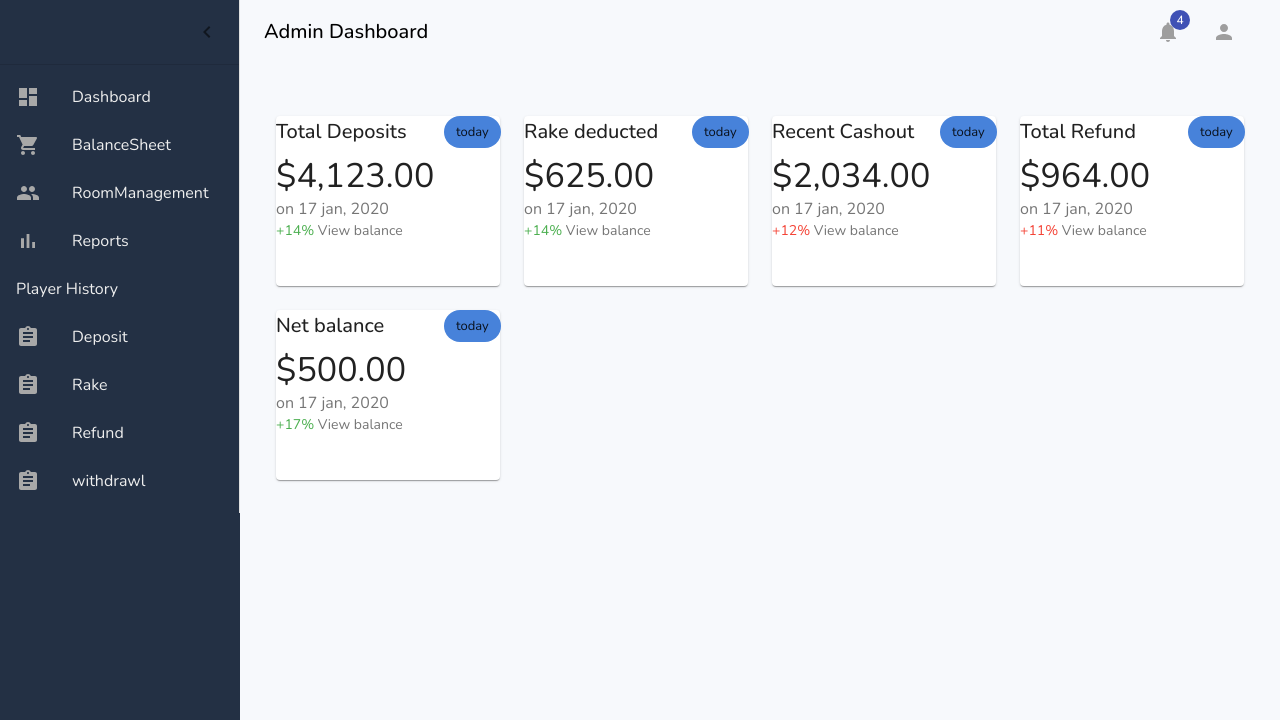
Repository: imayankbisht/ludofrontend
Page: /BalanceSheet
The author's editor kept a copy of each file at every save. The page is drawn from the files as they stood at one save, then again after a run of saves.
The browser window is 1280 px wide. The pictures show the whole page.
The project was rebuilt for these pictures with package versions that can differ from the ones it lists, and the page was loaded fresh each time. Also part of the build but not shown: src/Components/UserControl.js, src/services/apiCall.js, src/Components/UserTable.js, src/Components/UserManagement.js, src/axios.js, src/Components/login.js, src/Components/UserForm.js, src/Components/EditForm.js.

Above is the page before, as saved 2021-01-20 14:18:26.

### src/App.js
import React from 'react';
import './App.css';
import {
  BrowserRouter as Router,
  Switch,
  Route,
 Redirect
} from "react-router-dom";
// import SignInOutContainer from './containers';
import Dashboard from './Components/Dashboard';
import Login from './Components/login';
// import RoomManagement from './Container/RoomManagement';
import UserManagement from './Components/UserManagement';
import UserForm from './Components/UserForm';
import EditForm from './Components/EditForm';
import BalanceSheet from './Components/balanceSheet';
import Routes from './routes';
import Main from './Container/Main';
 function App(props) {
  return (
    <div className="App">
  <Router >

   <Main/>
  </Router>


      </div>
  );
}


export default App;

### src/App.css
.App {
  /* text-align: center; */

}

.App-logo {
  height: 40vmin;
  pointer-events: none;
}

@media (prefers-reduced-motion: no-preference) {
  .App-logo {
    animation: App-logo-spin infinite 20s linear;
  }
}

.App-header {
  background-color: #282c34;
  min-height: 100vh;
  display: flex;
  flex-direction: column;
  align-items: center;
  justify-content: center;
  font-size: calc(10px + 2vmin);
  color: white;
}

.App-link {
  color: #61dafb;
}

@keyframes App-logo-spin {
  from {
    transform: rotate(0deg);
  }
  to {
    transform: rotate(360deg);
  }
}

### src/Components/balanceSheet.js
import React from 'react';
import Deposits from './Cards/Deposits';
import  Cashout from './Cards/Cashout';
import Netbalance from './Cards/Netbalance';
import Rake from './Cards/Rake';
import Refund from './Cards/Refund';
import { makeStyles } from '@material-ui/core/styles';
import Grid from '@material-ui/core/Grid';
import Paper from '@material-ui/core/Paper';
import Container from '@material-ui/core/Container';
import clsx from 'clsx';

const useStyles = makeStyles((theme) => ({
    container: {
        paddingTop: theme.spacing(4),
        paddingBottom: theme.spacing(4),
      },
      fixedHeight: {
        height: 170,
      },
    }));
export default function BalanceSheet(props){
    const classes = useStyles();
    const fixedHeightPaper = clsx(classes.paper, classes.fixedHeight);

    return(
        <div>
            <Container maxWidth="lg" className={classes.container}>
          <Grid container spacing={3}>

            <Grid item xs={12} md={4} lg={3}>
              <Paper className={fixedHeightPaper}>
                <Deposits />
              </Paper>
            </Grid>

            <Grid item xs={12} md={4} lg={3}>
              <Paper className={fixedHeightPaper}>
                <Rake />
              </Paper>
            </Grid>
            <Grid item xs={12} md={4} lg={3}>
              <Paper className={fixedHeightPaper}>
                <Cashout />
              </Paper>
            </Grid>

            <Grid item xs={12} md={4} lg={3}>
              <Paper className={fixedHeightPaper}>
                <Refund />
              </Paper>
            </Grid>
            <Grid item xs={12} md={4} lg={3}>
              <Paper className={fixedHeightPaper}>
                <Netbalance />
              </Paper>
            </Grid>


          </Grid>

        </Container>
        </div>
    )
}

### src/routes.js
import React from 'react';
import {
  BrowserRouter as Router,
  Switch,
  Route,
  Redirect
} from "react-router-dom";
// import SignInOutContainer from './containers';
import Dashboard from './Components/Dashboard';
import Login from './Components/login';
// import RoomManagement from './Container/RoomManagement';
import UserManagement from './Components/UserManagement';
import UserForm from './Components/UserForm';
import EditForm from './Components/EditForm';
import BalanceSheet from './Components/balanceSheet';
import Main from './Container/Main';
function Routes() {
  return (

    <Router >


      <Route>

        <Route path="/BalanceSheet" render={props => <BalanceSheet {...props} />} />

        <Route path="/roomManagement" render={props => <UserManagement {...props} />} />
        <Route path="/create" render={props => (
          <UserForm heading="Create Room" {...props} />
        )} />
        <Route exact path="/api/edit/:id" render={props => {
          return (
            <EditForm {...props} />
          )
        }} />


      </Route>


    </Router>

  );
}


export default Routes;

### src/Container/Main.js
import UserManagement from '../Components/UserManagement';
import {Switch ,Route,Redirect} from 'react-router-dom';
import UserForm from '../Components/UserForm';
import EditForm from '../Components/EditForm';
import React from 'react';
import Dashboard from '../Components/Dashboard';
import Sidebar from '../Components/Sidebar';
import Login from '../Components/login';
import Routes from '../routes';
export default function Main(props){
    return(
        <div>
            {/* <Switch>
                <Route exact path="/userman" render={props =><UserManagement {...props} />} />
                <Route exact path="/create" render={props =>(
                    <UserForm heading="Create Room" />
                )}/>
                <Route exact path="/api/edit/:id" render={props =>{
                    return(
                        <EditForm {...props}/>
                    )
                }}/>
            </Switch> */}
           {/* <Switch>

            <Route path="/login" component={Login} />
         <Route path="/Dashboard" component={Dashboard} />

            <Redirect from="/" to="/login" />
           </Switch> */}

          <Dashboard/>

        </div>
    )
}

### src/Components/Cards/Deposits.js
import React from 'react';
import Link from '@material-ui/core/Link';
import { makeStyles } from '@material-ui/core/styles';
import Typography from '@material-ui/core/Typography';
import Title from '../Title';
import { Grid } from '@material-ui/core';
import Chip from '@material-ui/core/Chip';

function preventDefault(event) {
  event.preventDefault();
}

const useStyles = makeStyles({
  depositContext: {
    flex: 1,
  },
});

export default function Deposits() {
  const classes = useStyles();
  return (
    <React.Fragment>
      <Grid container>
            <Grid item xs={12} md={4} lg={9}>
            <Title >Total Deposits  </Title>

            </Grid>
            <Grid item xs={12} md={4} lg={3}>
            <Chip label="today" style={{backgroundColor:'#4782da'}}/>
            </Grid>
        </Grid>
      <Typography component="p" variant="h4">
        $4,123.00
      </Typography>
      <Typography color="textSecondary" className={classes.depositContext}>
      on 17 jan, 2020
      </Typography>
      <div>
        <Link color="textSecondary" href="#" onClick={preventDefault}>
        <span style={{color:"#4caf50"}}> +14%</span>  View balance
        </Link>
      </div>
    </React.Fragment>
  );
}

### src/Components/Cards/Cashout.js
import React from 'react';
import Link from '@material-ui/core/Link';
import { makeStyles } from '@material-ui/core/styles';
import Typography from '@material-ui/core/Typography';
import Title from '../Title';
import Chip from '@material-ui/core/Chip';
import { Grid } from '@material-ui/core';

function preventDefault(event) {
  event.preventDefault();
}

const useStyles = makeStyles({
  depositContext: {
    flex: 1,
  },
});

export default function Cashout() {
  const classes = useStyles();
  return (
    <React.Fragment>
        <Grid container>
            <Grid item xs={12} md={4} lg={9}>
            <Title >Recent Cashout  <span></span></Title>

            </Grid>
            <Grid item xs={12} md={4} lg={3}>
            <Chip label="today" style={{backgroundColor:'#4782da'}} />
            </Grid>
        </Grid>


      <Typography component="p" variant="h4">
        $2,034.00
      </Typography>
      <Typography color="textSecondary" className={classes.depositContext}>
      on 17 jan, 2020
      </Typography>
      <div>
        <Link color="textSecondary" href="#" onClick={preventDefault}>
        <span style={{color:"#f44336"}}> +12%</span>  View balance
        </Link>
      </div>
    </React.Fragment>
  );
}

### src/Components/Cards/Netbalance.js
import React from 'react';
import Link from '@material-ui/core/Link';
import { makeStyles } from '@material-ui/core/styles';
import Typography from '@material-ui/core/Typography';
import Title from '../Title';
import { Grid } from '@material-ui/core';
import Chip from '@material-ui/core/Chip';

function preventDefault(event) {
  event.preventDefault();
}

const useStyles = makeStyles({
  depositContext: {
    flex: 1,
  },
});

export default function Netbalance() {
  const classes = useStyles();
  return (
    <React.Fragment>
      <Grid container>
            <Grid item xs={12} md={4} lg={9}>
            <Title >Net balance  <span></span></Title>

            </Grid>
            <Grid item xs={12} md={4} lg={3}>
            <Chip label="today" style={{backgroundColor:'#4782da'}} />
            </Grid>
        </Grid>
      <Typography component="p" variant="h4">
        $500.00
      </Typography>
      <Typography color="textSecondary" className={classes.depositContext}>
      on 17 jan, 2020
      </Typography>
      <div>
        <Link color="textSecondary" href="#" onClick={preventDefault}>
        <span style={{color:"#4caf50"}}> +17%</span>  View balance
        </Link>
      </div>
    </React.Fragment>
  );
}

### src/Components/Cards/Rake.js
import React from 'react';
import Link from '@material-ui/core/Link';
import { makeStyles } from '@material-ui/core/styles';
import Typography from '@material-ui/core/Typography';
import Title from '../Title';
import { Grid } from '@material-ui/core';
import Chip from '@material-ui/core/Chip';

function preventDefault(event) {
  event.preventDefault();
}

const useStyles = makeStyles({
  depositContext: {
    flex: 1,
  },
});

export default function Rake() {
  const classes = useStyles();
  return (
    <React.Fragment>
     <Grid container>
            <Grid item xs={12} md={4} lg={9}>
            <Title >Rake deducted <span></span></Title>

            </Grid>
            <Grid item xs={12} md={4} lg={3}>
            <Chip label="today" style={{backgroundColor:'#4782da'}}/>
            </Grid>
        </Grid>
      <Typography component="p" variant="h4">
        $625.00
      </Typography>
      <Typography color="textSecondary" className={classes.depositContext}>
      on 17 jan, 2020
      </Typography>
      <div>
        <Link color="textSecondary" href="#" onClick={preventDefault}>
        <span style={{color:"#4caf50"}}> +14%</span>  View balance
        </Link>
      </div>
    </React.Fragment>
  );
}

### src/Components/Cards/Refund.js
import React from 'react';
import Link from '@material-ui/core/Link';
import { makeStyles } from '@material-ui/core/styles';
import Typography from '@material-ui/core/Typography';
import Title from '../Title';
import { Grid } from '@material-ui/core';
import Chip from '@material-ui/core/Chip';

function preventDefault(event) {
  event.preventDefault();
}

const useStyles = makeStyles({
  depositContext: {
    flex: 1,
  },
});

export default function Refund() {
  const classes = useStyles();
  return (
    <React.Fragment>

     <Grid container>
            <Grid item xs={12} md={4} lg={9}>
            <Title >Total Refund  <span></span></Title>

            </Grid>
            <Grid item xs={12} md={4} lg={3}>
            <Chip label="today"  style={{backgroundColor:'#4782da'}} />
            </Grid>
        </Grid>
      <Typography component="p" variant="h4">
        $964.00
      </Typography>
      <Typography color="textSecondary" className={classes.depositContext}>
        on 17 jan, 2020
      </Typography>
      <div>
        <Link color="textSecondary" href="#" onClick={preventDefault}>
        <span style={{color:"#f44336"}}> +11%</span>  View balance
        </Link>
      </div>

    </React.Fragment>
  );
}

### src/Components/Sidebar.js
import React,{useState} from 'react';
import ListItem from '@material-ui/core/ListItem';
import {SidebarItems} from './SidebarItems';
import {Link} from 'react-router-dom';
import { ListItemText } from '@material-ui/core';
import ListItemIcon from '@material-ui/core/ListItemIcon';

export default function Sidebar(defaultActive) {
    const [activeIndex, setActiveIndex] = useState(defaultActive || 1);
    return (
        <>

                {

                    SidebarItems.map((item,index)=> {
                        const {name,icon,route}=item;

                        return (
                            <Link style={{ textDecoration: 'none'}} to={route}>
                            <ListItem style={{ color: '#eeeeee'}} key={name} active={index === activeIndex} >
                                {icon && <ListItemIcon style={{ color: '#a8a8a8'}}>{icon}</ListItemIcon>}
                               <ListItemText primary={name} />
                            </ListItem>
                            </Link>
                        );
                    })
                }

        </>
    );
}

### src/Components/Title.js
import React from 'react';
import PropTypes from 'prop-types';
import Typography from '@material-ui/core/Typography';
import "typeface-nunito";
import { ThemeProvider, createMuiTheme } from '@material-ui/core/styles';
const theme = createMuiTheme({
  typography: {
    fontFamily: [
      'nunito',
      'serif',
    ].join(','),
},});
export default function Title(props) {
  return (
   <ThemeProvider theme={theme}>
      <Typography component="h2" variant="h6" color="textsecondary" gutterBottom>
      {props.children}
    </Typography>
   </ThemeProvider>
  );
}

Title.propTypes = {
  children: PropTypes.node,
};

### src/Components/SidebarItems.js
import React from 'react';
import ListItem from '@material-ui/core/ListItem';
import ListItemIcon from '@material-ui/core/ListItemIcon';
import ListItemText from '@material-ui/core/ListItemText';
import ListSubheader from '@material-ui/core/ListSubheader';
import DashboardIcon from '@material-ui/icons/Dashboard';
import ShoppingCartIcon from '@material-ui/icons/ShoppingCart';
import PeopleIcon from '@material-ui/icons/People';
import BarChartIcon from '@material-ui/icons/BarChart';
import LayersIcon from '@material-ui/icons/Layers';
import AssignmentIcon from '@material-ui/icons/Assignment';
import Box from '@material-ui/core/Box';
import Divider from '@material-ui/core/Divider';
import "typeface-nunito";
import { ThemeProvider, createMuiTheme } from '@material-ui/core/styles';
import { Button } from '@material-ui/core';
import { Link } from 'react-router-dom';
const theme = createMuiTheme({

  typography: {
    fontFamily: [
      'Nunito',
      'serif',
    ].join(','),
  },
});
export const SidebarItems = [

  // <ThemeProvider theme={theme}>
  // <div>

  //  <ListItem button>
  //     <ListItemIcon>
  //       <DashboardIcon  style={{ color: '#a8a8a8'}}/>
  //     </ListItemIcon>
  //     <ListItemText style={{ color: '#eeeeee'}}  primary="Dashboard" />
  //   </ListItem>
  //   <ListItem button>
  //     <ListItemIcon>
  //       <ShoppingCartIcon style={{ color: '#a8a8a8'}}/>
  //     </ListItemIcon>
  //     <ListItemText style={{ color: '#eeeeee'}} primary="BalanceSheet" />
  //   </ListItem>
  //   <ListItem button>
  //     <ListItemIcon>
  //       <PeopleIcon style={{ color: '#a8a8a8'}} />
  //     </ListItemIcon>
  //     <Link style={{ textDecoration:'none'}}to="/UserManagement">

  //     <ListItemText style={{ color: '#eeeeee'}} primary="RoomManagement" />
  //     </Link>
  //   </ListItem>
  //   <ListItem button>
  //     <ListItemIcon>
  //       <BarChartIcon style={{ color: '#a8a8a8'}} />
  //     </ListItemIcon>
  //     <ListItemText style={{ color: '#eeeeee'}} primary="Reports" />
  //   </ListItem>
  //   <Divider />
  //   <ListSubheader style={{ color: '#eeeeee'}} inset>Player history</ListSubheader>
  //   <ListItem button>
  //     <ListItemIcon>
  //       <AssignmentIcon style={{ color: '#a8a8a8'}} />
  //     </ListItemIcon>
  //     <ListItemText style={{ color: '#eeeeee'}} primary="Deposit" />
  //   </ListItem>
  //   <ListItem button>
  //     <ListItemIcon>
  //       <AssignmentIcon style={{ color: '#a8a8a8'}} />
  //     </ListItemIcon>
  //     <ListItemText style={{ color: '#eeeeee'}} primary="Rake" />
  //   </ListItem>
  //   <ListItem button>
  //     <ListItemIcon>
  //       <AssignmentIcon style={{ color: '#a8a8a8'}} />
  //     </ListItemIcon>
  //     <ListItemText style={{ color: '#eeeeee'}} primary="Refund" />
  //   </ListItem>
  //   <ListItem button>
  //     <ListItemIcon>
  //       <AssignmentIcon style={{ color: '#a8a8a8'}} />
  //     </ListItemIcon>
  //     <ListItemText style={{ color: '#eeeeee'}} primary="Withdrawl" />
  //   </ListItem>


  // </div>
  // </ThemeProvider>
  {
    route:'/Dashboard',
    name: "Dashboard",
    icon:<DashboardIcon/>
  },
  {
    route:'/BalanceSheet',
    name: "BalanceSheet",
    icon:<ShoppingCartIcon/>
  },
  {
    route:'/roomManagement',
    name: "RoomManagement",
    icon:<PeopleIcon/>
  },
  {

    name: "Reports",
    icon:<BarChartIcon/>
  },
  {
    name: "Player History"
  },
  {
    name: "Deposit",
    icon:<AssignmentIcon/>
  },
  {
    name: "Rake",
    icon:<AssignmentIcon/>
  },
  {
    name: "Refund",
    icon:<AssignmentIcon/>
  },
  {
    name: "withdrawl",
    icon:<AssignmentIcon/>
  },

];

Loaded but not shown: public/index.html (common file); src/index.js (common file); src/index.css (common file); src/serviceWorker.js (common file); src/Components/Dashboard.js (286 lines, source omitted)

After the next 9 saves:
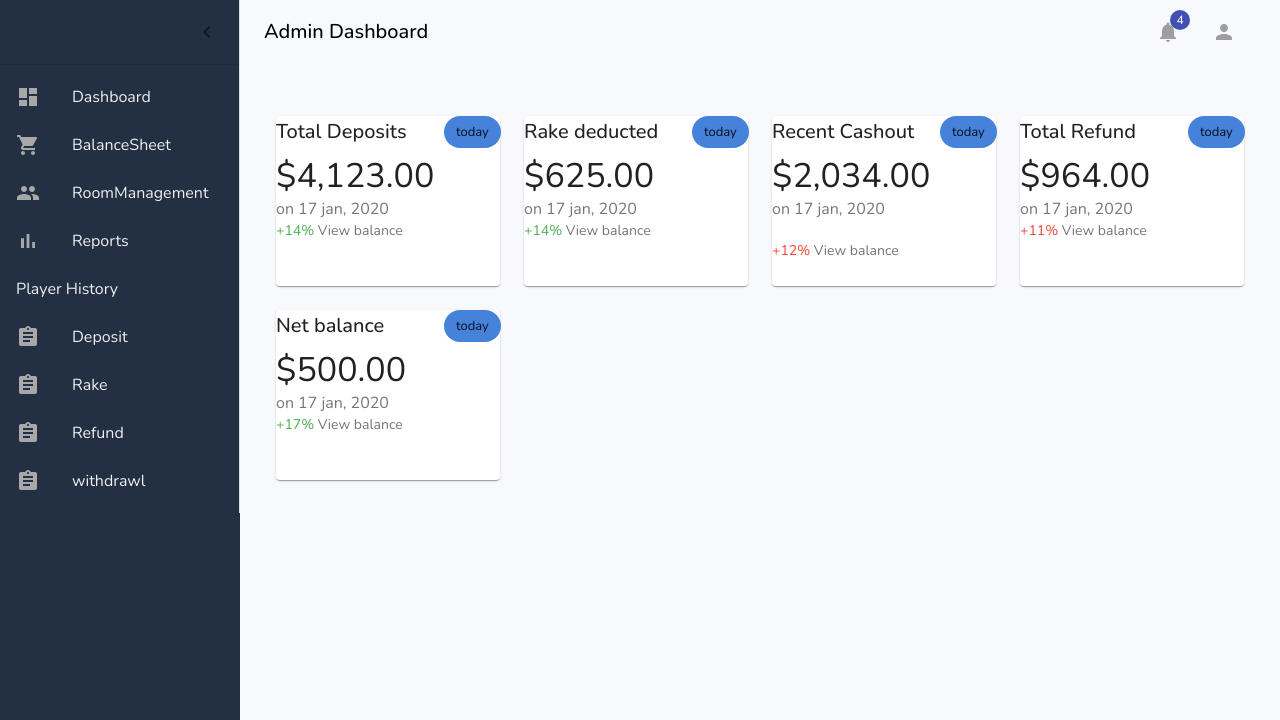
The 9 saves are shown as one change because they came seconds apart.
The last was saved 73 s later.
--- a/src/Components/Cards/Cashout.js
+++ b/src/Components/Cards/Cashout.js
@@ -37,7 +37,7 @@ export default function Cashout() {
       <Typography color="textSecondary" className={classes.depositContext}>
       on 17 jan, 2020
       </Typography>
-      <div>
+      <div style={{marginTop:'20px'}}>
         <Link color="textSecondary" href="#" onClick={preventDefault}>
         <span style={{color:"#f44336"}}> +12%</span>  View balance
         </Link>
